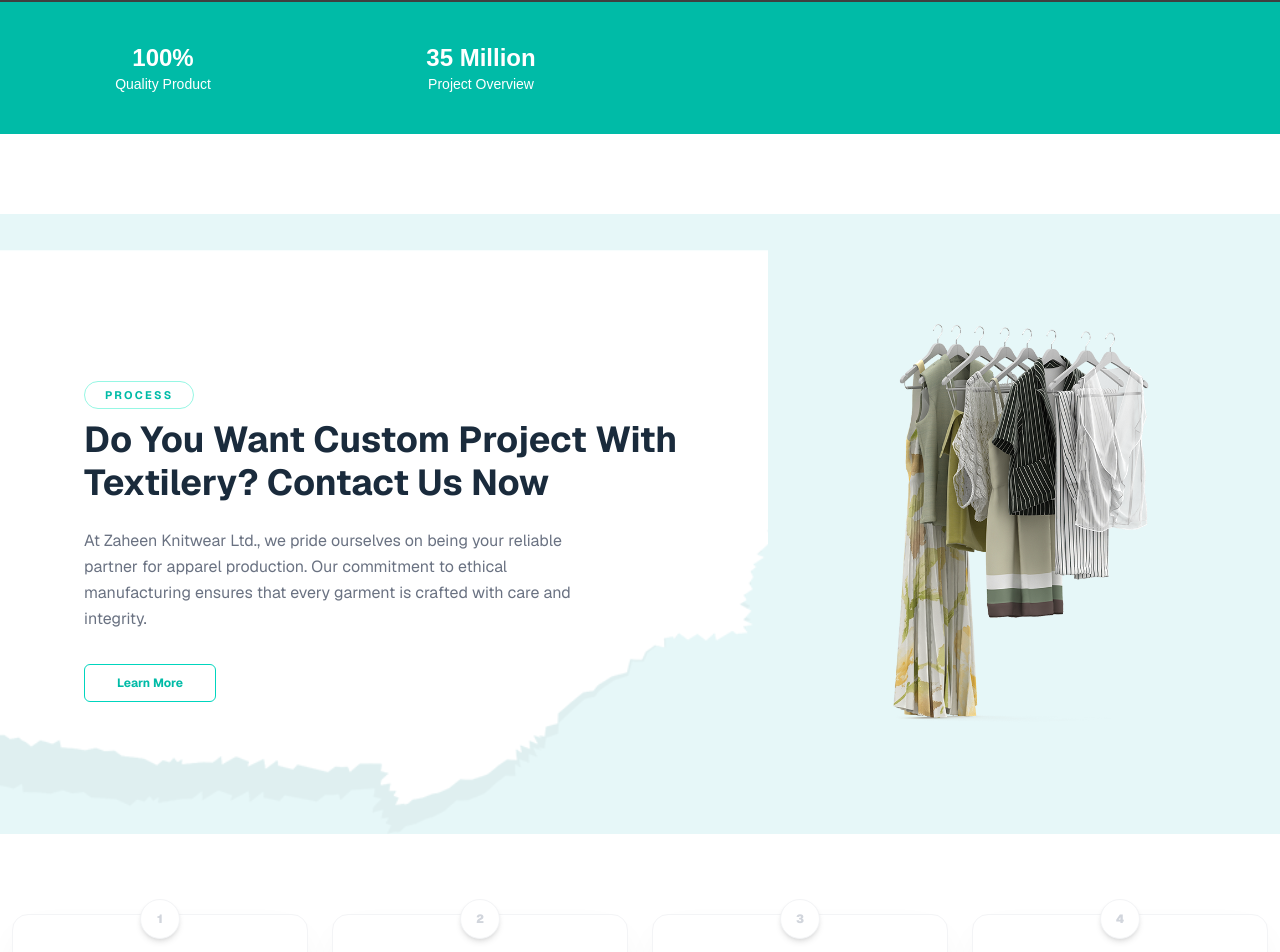
Repository: mdmuhibullahhabib/fullstack-assessment
Page: /
The author's editor kept a copy of each file at every save. The page is drawn from the files as they stood at one save, then again after a run of saves.
The browser window is 1280 px wide. The pictures show the part of the page from y = 576 to 1528 px (the page is 3165 px tall before and 3025 px after).
Pictures or frames that could not be fetched are drawn as grey boxes. The project was rebuilt for these pictures with package versions that can differ from the ones it lists, and the page was loaded fresh each time. The framework's server and built-in components were replaced by stand-ins that run in the browser. Also part of the build but not shown: next.config.mjs.

Above is the page before, as saved 2025-12-27 10:23:57.

After the next 2 saves:
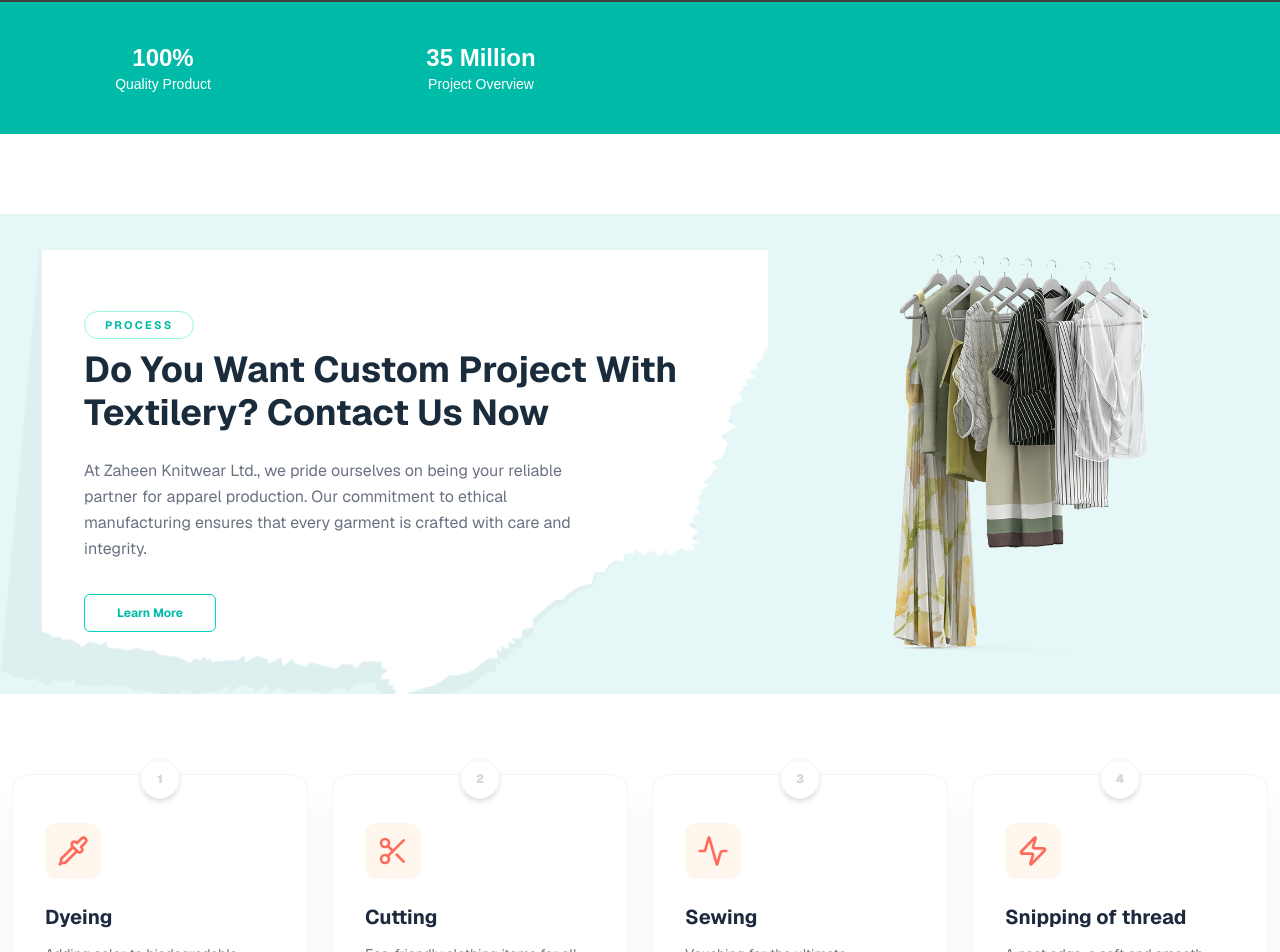
The 2 saves are shown as one change because they came seconds apart.
The last was saved 14 s later.
--- a/src/components/home/CustomProcess.jsx
+++ b/src/components/home/CustomProcess.jsx
@@ -32,7 +32,7 @@
                         }}
                     >
                         <div
-                        className="ml-16 my-32"
+                        className="ml-16"
                         >
                             <div className="mb-3">
                                 <span className="px-5 py-1.5 rounded-full border border-teal-200 text-teal-500 text-[11px] font-bold uppercase tracking-[0.2em]">
